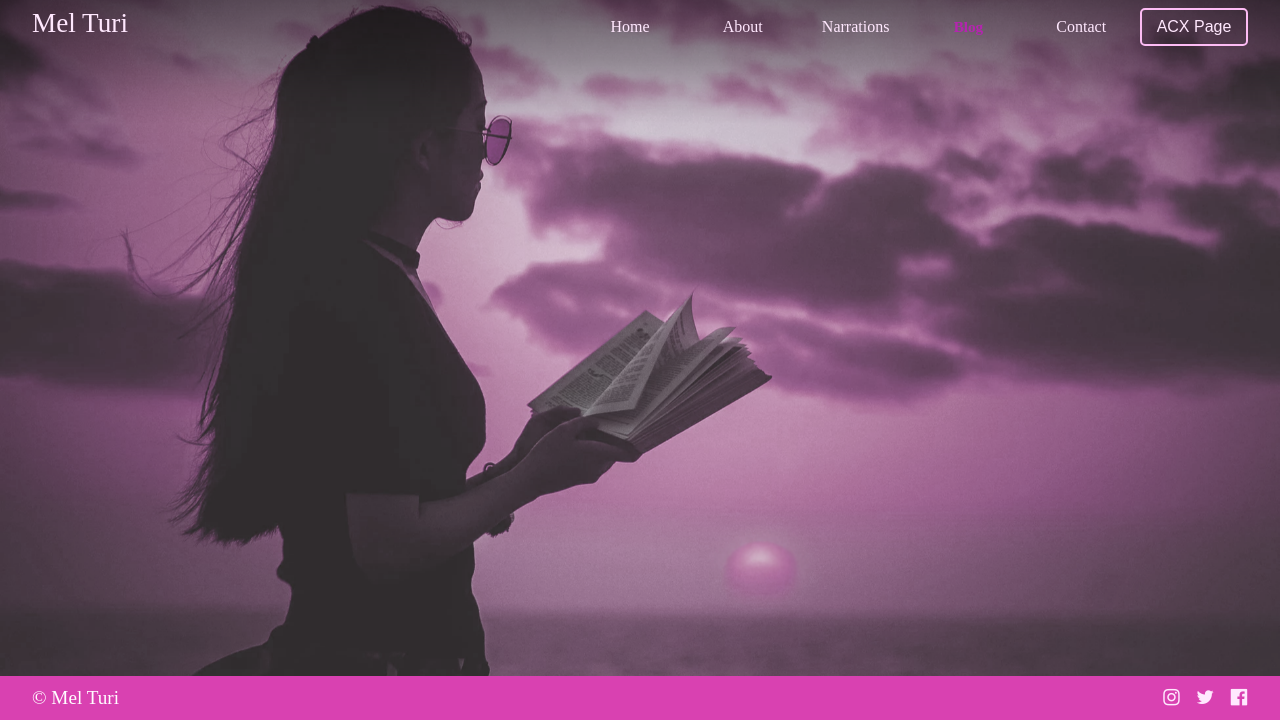
Repository: mel-turi/mel-turi-website
Page: /blog
An editor plug-in stored every save of this project. The page is shown before and after the next save, followed by the edit.
The browser window is 1280 px wide. The pictures show the whole page.
Some web fonts or font styles are not loaded; a fallback is used. The project was rebuilt for these pictures with package versions that can differ from the ones it lists, and the page was loaded fresh each time. Also part of the build but not shown: src/Main.js, src/About.js, src/Narrations.js, src/Contact.js.

Above is the page before, as saved 2019-08-24 15:53:47.

### public/index.html
<!DOCTYPE html>
<html lang="en">
  <head>
    <meta charset="utf-8" />
    <link rel="apple-touch-icon" sizes="57x57" href="/apple-icon-57x57.png" />
    <link rel="apple-touch-icon" sizes="60x60" href="/apple-icon-60x60.png" />
    <link rel="apple-touch-icon" sizes="72x72" href="/apple-icon-72x72.png" />
    <link rel="apple-touch-icon" sizes="76x76" href="/apple-icon-76x76.png" />
    <link
      rel="apple-touch-icon"
      sizes="114x114"
      href="/apple-icon-114x114.png"
    />
    <link
      rel="apple-touch-icon"
      sizes="120x120"
      href="/apple-icon-120x120.png"
    />
    <link
      rel="apple-touch-icon"
      sizes="144x144"
      href="/apple-icon-144x144.png"
    />
    <link
      rel="apple-touch-icon"
      sizes="152x152"
      href="/apple-icon-152x152.png"
    />
    <link
      rel="apple-touch-icon"
      sizes="180x180"
      href="/apple-icon-180x180.png"
    />
    <link
      rel="icon"
      type="image/png"
      sizes="192x192"
      href="/android-icon-192x192.png"
    />
    <link rel="icon" type="image/png" sizes="32x32" href="/favicon-32x32.png" />
    <link rel="icon" type="image/png" sizes="96x96" href="/favicon-96x96.png" />
    <link rel="icon" type="image/png" sizes="16x16" href="/favicon-16x16.png" />
    <link rel="manifest" href="/manifest.json" />
    <meta name="msapplication-TileColor" content="#ffffff" />
    <meta name="msapplication-TileImage" content="/ms-icon-144x144.png" />
    <meta name="theme-color" content="#ffffff" />
    <meta name="viewport" content="width=device-width, initial-scale=1" />
    <meta name="description" content="Portfolio website for Mel Turi" />
    <link
      href="https://fonts.googleapis.com/css?family=Sail&display=swap"
      rel="stylesheet"
    />
    <link
      href="https://stackpath.bootstrapcdn.com/font-awesome/4.7.0/css/font-awesome.min.css"
      rel="stylesheet"
      integrity="sha384-wvfXpqpZZVQGK6TAh5PVlGOfQNHSoD2xbE+QkPxCAFlNEevoEH3Sl0sibVcOQVnN"
      crossorigin="anonymous"
    />
    <link rel="apple-touch-icon" href="logo192.png" />

    <link rel="manifest" href="%PUBLIC_URL%/manifest.json" />

    <title>Mel Turi | Audible Narrator</title>
  </head>
  <body>
    <noscript>You need to enable JavaScript to run this app.</noscript>
    <div id="root"></div>
  </body>
</html>

### src/index.css
:root {
  --light-primary-color: #ffe8fe;
  --light-secondary-color: #fffdff;
  --dark-primary-color: #d941b1;
  --dark-secondary-color: #b524b0;
}

body {
  text-decoration: none;
  text-decoration-color: none;
  margin: 0;
  padding: 0;
  font-family: -apple-system, BlinkMacSystemFont, 'Segoe UI', 'Roboto', 'Oxygen',
    'Ubuntu', 'Cantarell', 'Fira Sans', 'Droid Sans', 'Helvetica Neue',
    sans-serif;
  -webkit-font-smoothing: antialiased;
  -moz-osx-font-smoothing: grayscale;
}

body a {
  text-decoration: none;
  color: var(--light-primary-color);
  transition: 0.6s;
}

a:hover,
.active {
  font-weight: bold;
  font-size: 95%;
}

.active {
  color: var(--dark-secondary-color);
}

code {
  font-family: source-code-pro, Menlo, Monaco, Consolas, 'Courier New',
    monospace;
}

.wrapper {
  background: url(./assets/bg-main-1.png) no-repeat center center fixed;
  background-size: cover;
  z-index: 2;
  display: grid;
  grid-template-rows: auto 1fr auto;
  align-items: space-between;
  min-height: 100vh;
  overflow: auto;
}

/*
*
* Header
*
*/

.nav-wrapper {
  color: var(--light-primary-color);
  font-family: 'Sail', cursive;
  height: 15vh;
  display: grid;
  grid-template-columns: 1fr 6fr;
  align-items: start;
  justify-content: space-between;
  margin: 0;
  padding: 0.5rem 0 0.5rem 0;
  background: linear-gradient(
    rgba(0, 0, 0, 0.45),
    rgba(0, 0, 0, 0.35),
    rgba(0, 0, 0, 0.25),
    rgba(0, 0, 0, 0.1),
    rgba(0, 0, 0, 0)
  );
}

.title {
  font-size: 1.7rem;
  padding-left: 2rem;
  justify-self: start;
}
.main-navigation {
  color: var(--light-primary-color);
  justify-self: end;
  padding-right: 2rem;
}
.main-navigation > ul {
  display: grid;
  grid-template-columns: 1fr 1fr 1fr 1fr 1fr 1fr;
  grid-column-gap: 0.3rem;
  justify-items: center;
  align-items: center;
  margin: 0;
  padding: 0;
  list-style-type: none;
}

.button {
  font-family: Arial, Helvetica, sans-serif;
  font-size: 1rem;
  border: 2px solid #fdbcf4;
  border-radius: 5px;
  padding: 0.5rem 0.75rem 0.5rem 0.75rem;
  width: 5rem;
}
/*
*
* Main
*
*/

.main-container {
  color: var(--light-primary-color);
  font-family: -apple-system, BlinkMacSystemFont, 'Segoe UI', Roboto, Oxygen,
    Ubuntu, Cantarell, 'Open Sans', 'Helvetica Neue', sans-serif;
  font-size: 1.2rem;
}

/*
*
* Footer
*
*/

footer {
  bottom: 0;
  width: 100%;
  position: absolute;
  color: var(--light-secondary-color);
  font-family: 'Sail', cursive;
  font-size: 1.2rem;
  height: 5vh;
  display: grid;
  grid-template-columns: 1fr 1fr;
  align-items: center;
  justify-content: space-between;
  margin: 0;
  padding-top: 0.25rem;
  padding-bottom: 0.25rem;
  background: var(--dark-primary-color);
}
.social-footer {
  justify-self: end;
  padding-right: 2rem;
}
.social-footer > ul {
  display: grid;
  grid-template-columns: 1fr 1fr 1fr;
  grid-column-gap: 1rem;
  margin: 0;
  padding: 0;
  list-style-type: none;
}

.copyright {
  justify-self: start;
  padding-left: 2rem;
}

### src/App.js
import React from 'react';
import Footer from './Footer';
import Header from './Header';
import Main from './Main';
import About from './About';
import Narrations from './Narrations';
import Blog from './Blog';
import Contact from './Contact';
import './App.css';
import { BrowserRouter as Router, Switch, Route } from 'react-router-dom';

class App extends React.Component {
  constructor(props) {
    super();
    this.state = {
      page: '',
      containerpage: 'main-container',
      item1: {
        class: '',
        title: '',
        content: ''
      },
      item2: {
        class: ''
      },
      item3: {
        class: ''
      }
    };
    this.updateState = this.updateState.bind(this);
  }

  updateState(text) {
    this.setState({ text });
  }

  render() {
    return (
      <Router>
        <div className='App'>
          <div className='wrapper'>
            <Header />
            <Switch>
              <Route
                path='/'
                exact
                render={props => (
                  <Main
                    {...props}
                    page='home'
                    state={this.state}
                    updateState={this.updateState}
                  />
                )}
              />
              <Route
                path='/about'
                render={props => (
                  <About {...props} page='about' state={this.state} />
                )}
              />
              <Route
                path='/narrations'
                render={props => (
                  <Narrations {...props} page='narrations' state={this.state} />
                )}
              />
              <Route
                path='/blog'
                render={props => (
                  <Blog {...props} page='blog' state={this.state} />
                )}
              />
              <Route
                path='/contact'
                render={props => (
                  <Contact {...props} page='contact' state={this.state} />
                )}
              />
            </Switch>
            <Footer />
          </div>
        </div>
      </Router>
    );
  }
}

export default App;

### src/Footer.js
import React, { Component } from 'react';

export class Footer extends Component {
  render() {
    return (
      <footer className='footer'>
        <div className='copyright'>&copy; Mel Turi</div>
        <div className='social-footer'>
          <ul>
            <li>
              <a
                target='_blank'
                rel='noopener noreferrer'
                href='https://www.instagram.com/mel.turi'
              >
                <i className='fa fa-instagram'></i>
              </a>
            </li>
            <li>
              <a
                target='_blank'
                rel='noopener noreferrer'
                href='https://www.twitter.com/turimel'
              >
                <i className='fa fa-twitter'></i>
              </a>
            </li>

            <li>
              <a
                target='_blank'
                rel='noopener noreferrer'
                href='https://www.facebook.com/mel.turi.96'
              >
                <i className='fa fa-facebook-official'></i>
              </a>
            </li>
          </ul>
        </div>
      </footer>
    );
  }
}

export default Footer;

### src/Header.js
import React, { Component } from 'react';
import { NavLink } from 'react-router-dom';

export class Header extends Component {
  render() {
    return (
      <nav className='nav-wrapper'>
        <div className='title'>Mel Turi</div>
        <div className='main-navigation'>
          <ul>
            <li>
              <NavLink
                to={{
                  pathname: '/',
                  state: { page: 'home' }
                }}
                exact={true}
              >
                Home
              </NavLink>
            </li>
            <li>
              <NavLink
                to={{
                  pathname: '/about',
                  state: { page: 'about' }
                }}
              >
                About
              </NavLink>
            </li>
            <li>
              <NavLink to='/narrations'>Narrations</NavLink>
            </li>
            <li>
              <NavLink to='/blog'>Blog</NavLink>
            </li>
            <li>
              <NavLink to='/contact'>Contact</NavLink>
            </li>
            <div className='button nav-button'>
              <li>
                <a
                  target='_blank'
                  rel='noopener noreferrer'
                  href='https://www.acx.com/narrator?p=AI0XTZMVU6YKG'
                >
                  ACX Page
                </a>
              </li>
            </div>
          </ul>
        </div>
      </nav>
    );
  }
}

export default Header;

### src/Blog.js
import React from 'react';
import Content from './Content';

const Blog = props => {
  return <Content state={props.state} page={props.page} />;
};

export default Blog;

### src/Content.js
import React from 'react';

class Content extends React.Component {
  constructor(props) {
    super();
    console.log(props);
  }

  render() {
    return <main className={this.props.state.containerpage}></main>;
  }
}

export default Content;

Loaded but not shown: src/index.js (common file); src/App.css (common file)

After the next save:
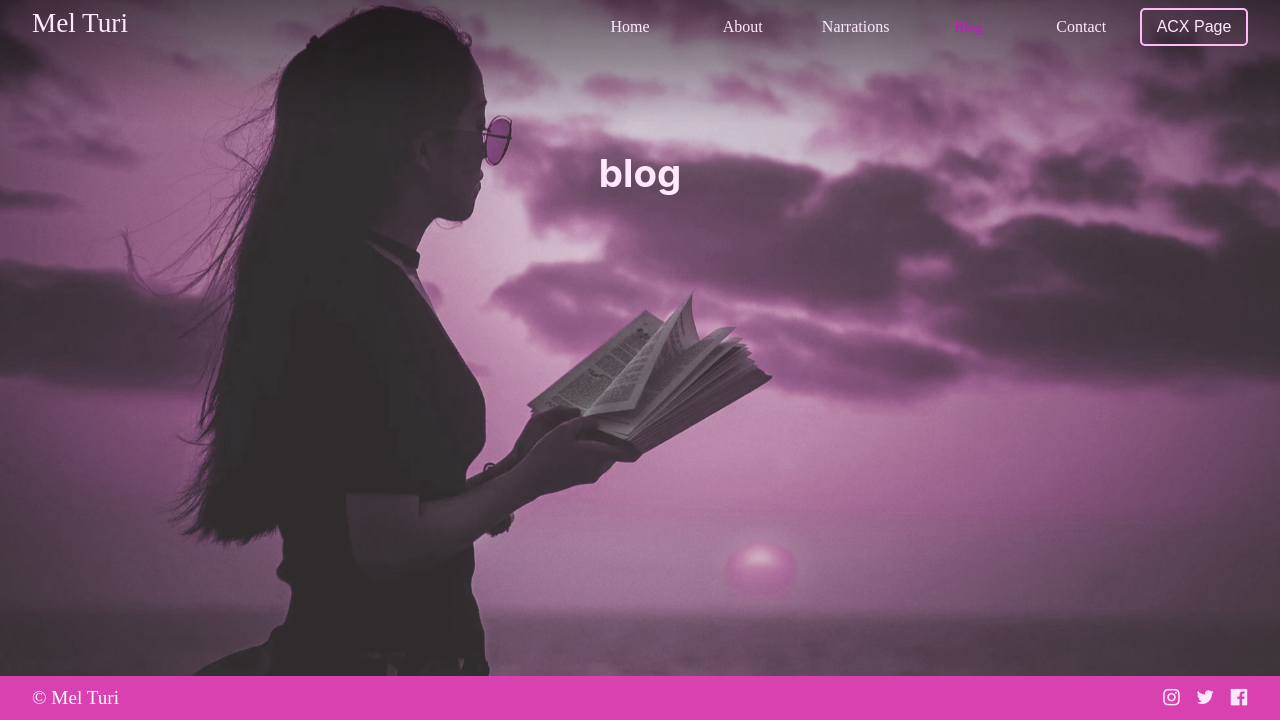
Saved 27 s later.
--- a/src/Content.js
+++ b/src/Content.js
@@ -7,7 +7,11 @@
   }
 
   render() {
-    return <main className={this.props.state.containerpage}></main>;
+    return (
+      <main className={this.props.state.containerpage}>
+        <h1>{this.props.page}</h1>
+      </main>
+    );
   }
 }
 

After the 5 saves that followed:
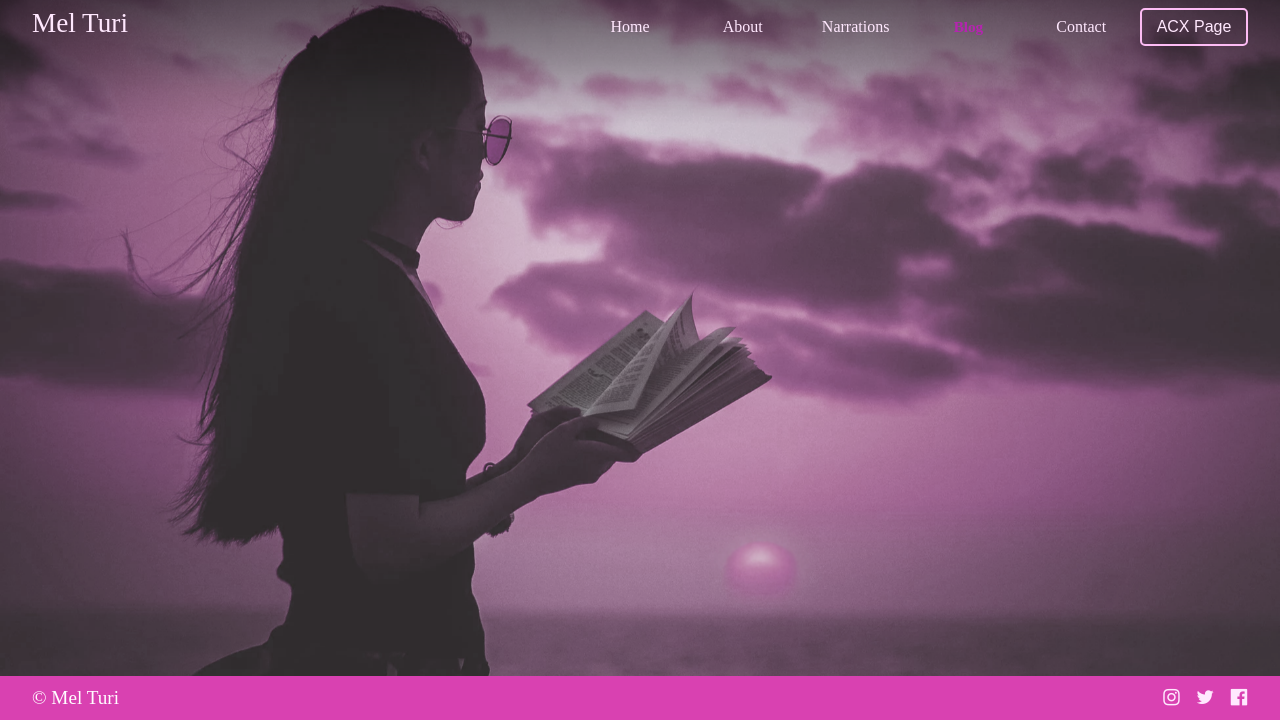
The 5 saves are shown as one change because 1 did not build or start and 3 left the picture as it was.
The last was saved 3 min 4 s later.
--- a/src/Content.js
+++ b/src/Content.js
@@ -4,12 +4,19 @@
   constructor(props) {
     super();
     console.log(props);
+    this.setState = this.setState.bind(this);
+  }
+
+  setContent() {
+    this.setState = {
+      containerpage: 'bloopity'
+    };
   }
 
   render() {
     return (
       <main className={this.props.state.containerpage}>
-        <h1>{this.props.page}</h1>
+        <h1>{this.props.containerpage}</h1>
       </main>
     );
   }
